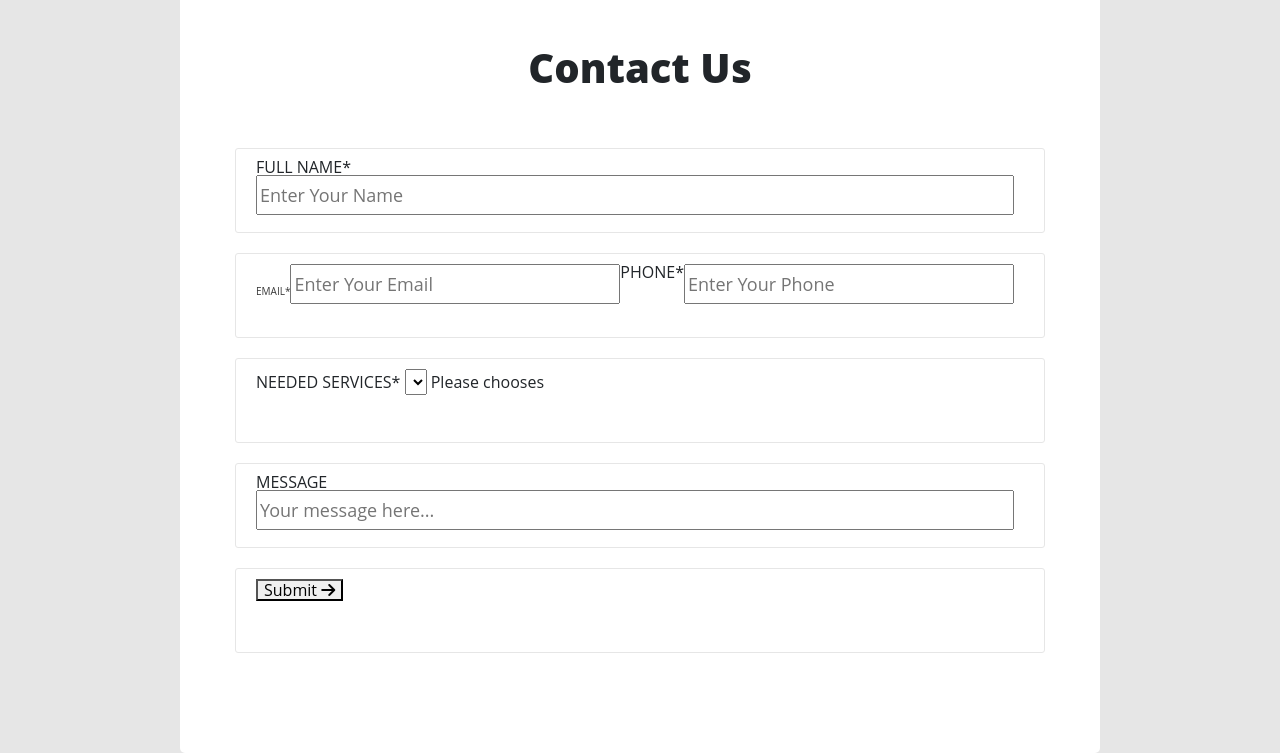
Repository: letrongtinh27/LapTrinhWeb
Page: form-contact/index.html
An editor plug-in stored every save of this project. The page is shown before and after the next save, followed by the edit.
The browser window is 1280 px wide. The pictures show the whole page.

Above is the page before, as saved 2022-10-09 11:30:38.

### form-contact/index.html
<!DOCTYPE html>
<html lang="en">
<head>
    <meta charset="UTF-8">
    <meta http-equiv="X-UA-Compatible" content="IE=edge">
    <meta name="viewport" content="width=device-width, initial-scale=1.0">
    <title>Form Contact Us</title>
    <link rel="stylesheet" href="https://cdn.jsdelivr.net/npm/bootstrap@4.3.1/dist/css/bootstrap.min.css" integrity="sha384-ggOyR0iXCbMQv3Xipma34MD+dH/1fQ784/j6cY/iJTQUOhcWr7x9JvoRxT2MZw1T" crossorigin="anonymous">
    <link rel="stylesheet" href="reset.css">
    <link rel="stylesheet" href="style.css">
    <link rel="stylesheet" href="https://cdnjs.cloudflare.com/ajax/libs/font-awesome/6.2.0/css/all.min.css" integrity="sha512-xh6O/CkQoPOWDdYTDqeRdPCVd1SpvCA9XXcUnZS2FmJNp1coAFzvtCN9BmamE+4aHK8yyUHUSCcJHgXloTyT2A==" crossorigin="anonymous" referrerpolicy="no-referrer" />
</head>
<body>
    <div class="contact">
        <h2 class="contact-title">Contact Us</h2>
        <form action="#" class="contact-form">
            <div class="form-group">
                <label for="">FULL NAME*</label>
                <input type="text" class="form-input" placeholder="Enter Your Name">
            </div>
            <div class="form-group form-group-2">
                <label for="" class="form-lable">EMAIL*</label>
                <input type="email" class="form-input" placeholder="Enter Your Email">
                <label for="">PHONE*</label>
                <input type="email" class="form-input" placeholder="Enter Your Phone">
            </div>
            <div class="form-group">
                <label for="">NEEDED SERVICES*</label>
                <select name="service" id="">
                </select>
                <span>Please chooses</span>
            </div>
            <div class="form-group">
                <label for="">MESSAGE</label>
                <input type="text" class="form-input" placeholder="Your message here...">
            </div>
            <div class="form-group">
                <button class="form-submit">Submit <i class="fa-solid fa-arrow-right"></i></button>
            </div>
        </form>
    </div>
    <script src="https://code.jquery.com/jquery-3.3.1.slim.min.js" integrity="sha384-q8i/X+965DzO0rT7abK41JStQIAqVgRVzpbzo5smXKp4YfRvH+8abtTE1Pi6jizo" crossorigin="anonymous"></script>
    <script src="https://cdn.jsdelivr.net/npm/popper.js@1.14.7/dist/umd/popper.min.js" integrity="sha384-UO2eT0CpHqdSJQ6hJty5KVphtPhzWj9WO1clHTMGa3JDZwrnQq4sF86dIHNDz0W1" crossorigin="anonymous"></script>
    <script src="https://cdn.jsdelivr.net/npm/bootstrap@4.3.1/dist/js/bootstrap.min.js" integrity="sha384-JjSmVgyd0p3pXB1rRibZUAYoIIy6OrQ6VrjIEaFf/nJGzIxFDsf4x0xIM+B07jRM" crossorigin="anonymous"></script>
</body>
</html>

### form-contact/style.css
body {
    font-family: 'Open Sans',sans-serif;
    width: 100%;
    height: 100vh;
    display: flex;
    align-items: center;
    justify-content: center;
    background: #e6e6e6;
}

.contact{
   width: 100%;
   max-width: 920px;
   background-color: #ffffff;
   border-radius: 5px;
   padding: 80px 55px;
}
.contact-title{
    font-size: 40px;
    text-align: center;
    padding-bottom: 60px;
    font-weight: 800;
}

.form-group{
    margin-bottom: 20px;
    width: 100%;
    height: 85px;
    border: 1px solid #e6e6e6;
    border-radius: 3px;
    padding: 10px 30px 10px 20px;
}

.form-group-2 {
    display: flex;
    justify-content: space-between;
}
.form-input{
    font-family: 'Open Sans',sans-serif;
    color: #555555;
    width: 100%;
    padding-right: 15px;
    line-height: 1.2;
    height: 40px;
    font-size: 18px;
    display: inline;
}
.form-lable {
    color: #393939;
    padding-top: 20px;
    font-size: 10px;
    line-height: 1.5;
}
.form-submit{

}
.fa-solid{

}
.fa-arrow-right{

}

Loaded but not shown: form-contact/reset.css (common file)

After the next save:
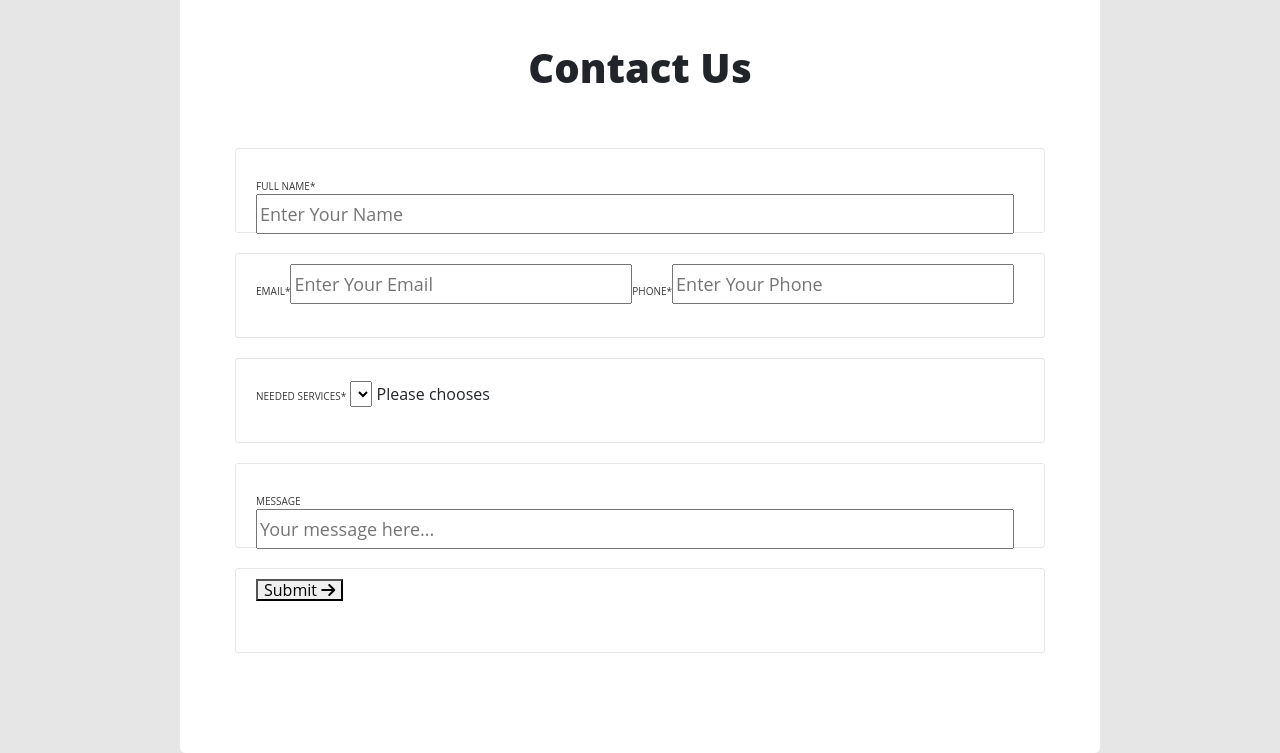
Saved 17 s later.
--- a/form-contact/style.css
+++ b/form-contact/style.css
@@ -45,7 +45,7 @@ body {
     font-size: 18px;
     display: inline;
 }
-.form-lable {
+label {
     color: #393939;
     padding-top: 20px;
     font-size: 10px;
